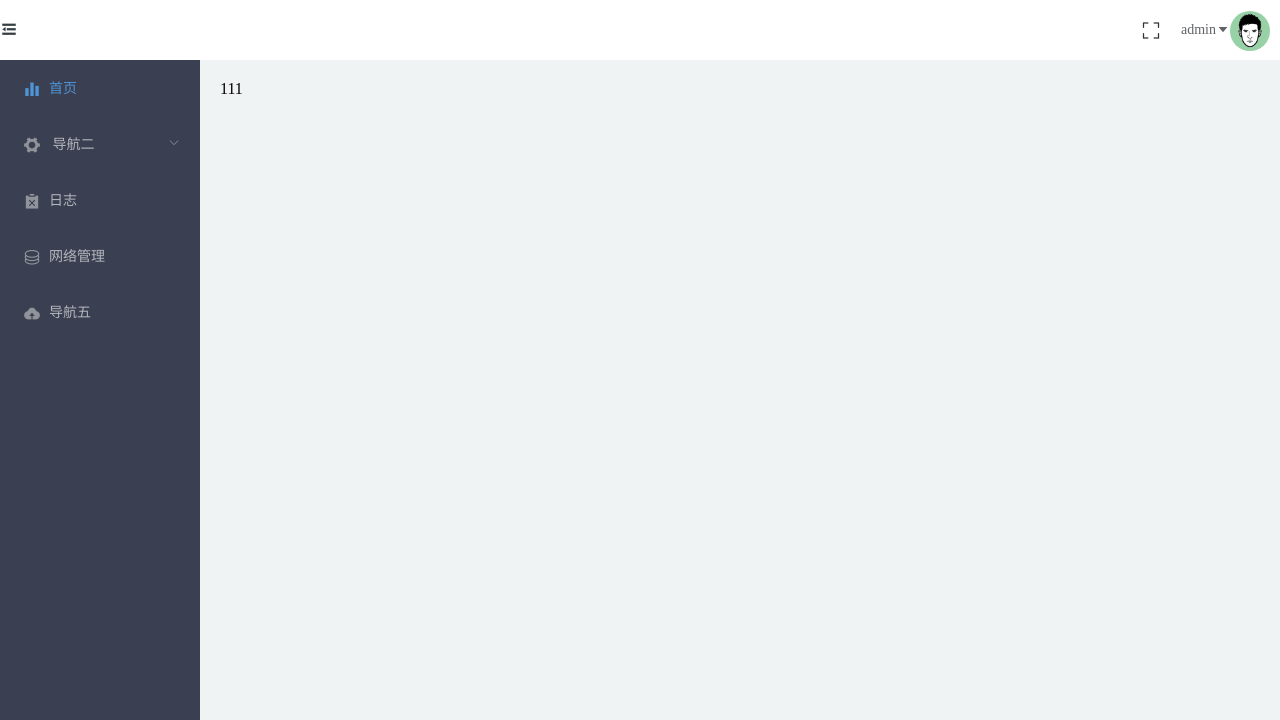
Repository: TomGodb/dazoo-admin
Page: /#/Home
An editor plug-in stored every save of this project. The page is shown before and after a run of saves, followed by the edit.
The browser window is 1280 px wide. The pictures show the whole page.
The project was rebuilt for these pictures with package versions that can differ from the ones it lists, and the page was loaded fresh each time. Also part of the build but not shown: vue.config.js, src/components/SlideVerify/index.vue, src/utils/request.js, src/views/login/http.js, src/views/login/index.vue.

Above is the page before, as saved 2021-01-23 11:02:23.

After the next 2 saves:
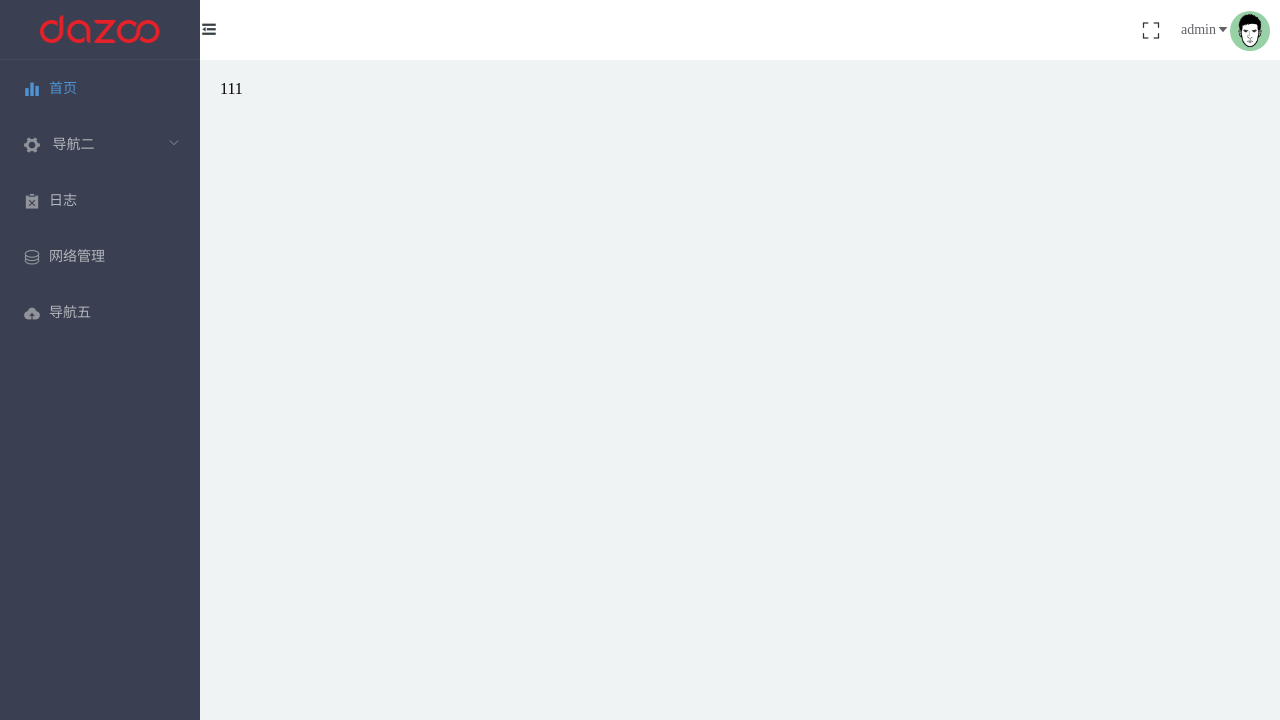
The 2 saves are shown as one change because 1 did not build or start.
The last was saved 10 s later.
--- a/src/Home/Header/index.vue
+++ b/src/Home/Header/index.vue
@@ -1,6 +1,6 @@
 <template>
   <div class="sideCollapse">
-
+    <logo></logo>
 
     <div class="sideCollapse-left" id="domColapse">
       <i
@@ -18,10 +18,12 @@
 import { mapGetters } from "vuex";
 import UserDropdown from "./UserDropdown";
 import logo from "./logo"
+import Logo from './logo.vue';
 export default {
   components: {
     UserDropdown,
     logo
+
   },
   computed: {
     ...mapGetters(["opened"]),
